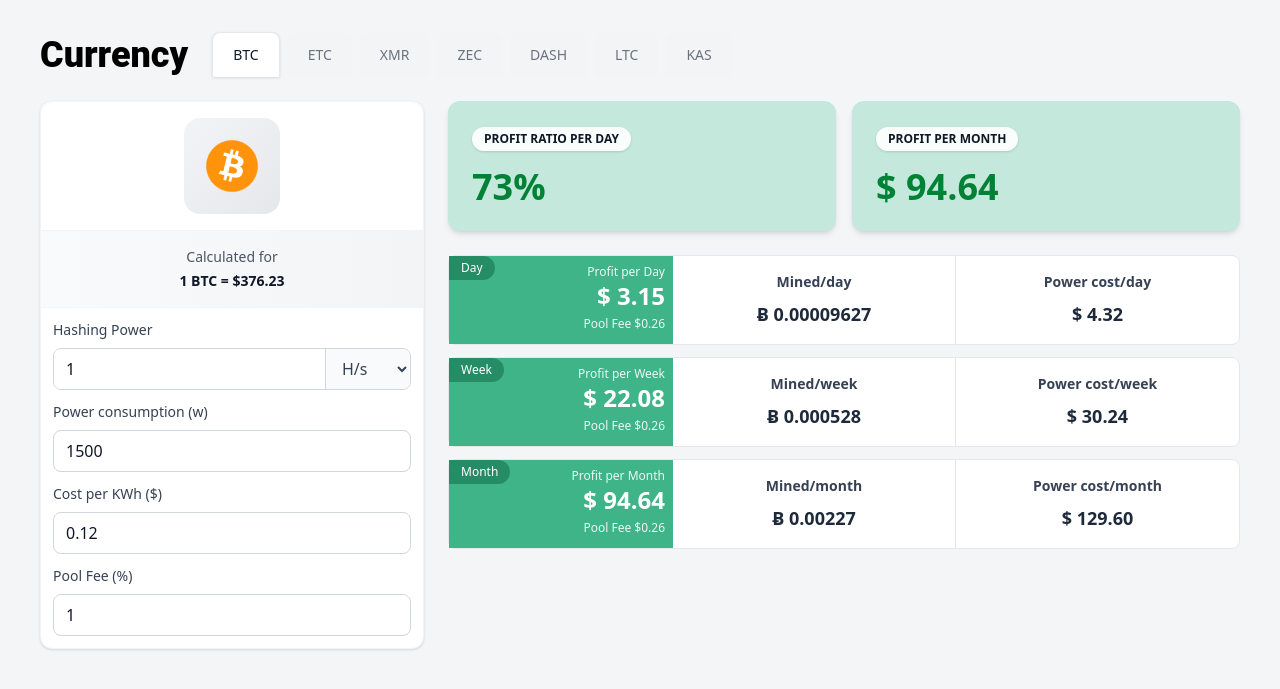
Repository: Bilal-Ahmad-CodeMaster/crypto-proj
Page: /
An editor plug-in stored every save of this project. The page is shown before and after a run of saves, followed by the edit.
The browser window is 1280 px wide. The pictures show the whole page.
The project was rebuilt for these pictures with package versions that can differ from the ones it lists, and the page was loaded fresh each time. The framework's server and built-in components were replaced by stand-ins that run in the browser. Also part of the build but not shown: next.config.ts.

Above is the page before, as saved 2025-11-25 22:51:27.

After the next 2 saves:
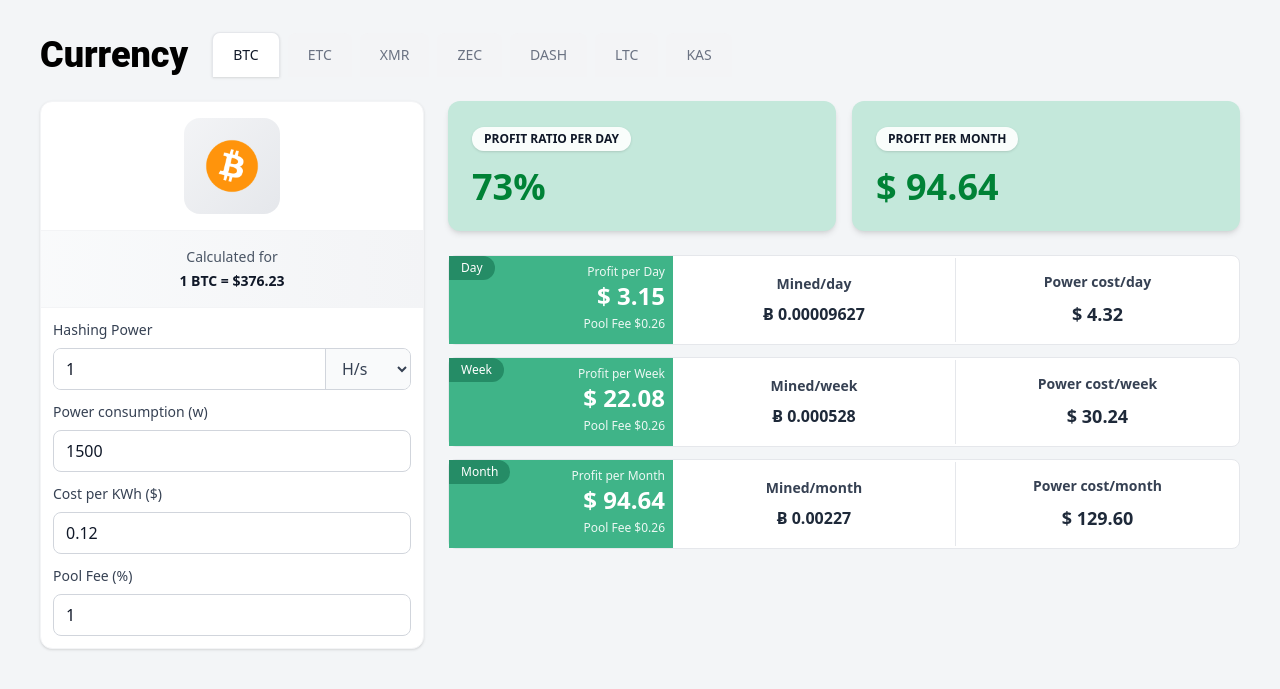
The 2 saves are shown as one change because they came seconds apart.
The last was saved 12 s later.
--- a/src/app/components/ResultCards.tsx
+++ b/src/app/components/ResultCards.tsx
@@ -29,7 +29,7 @@
                     {/* Mined Column */}
                     <div className="text-center border-r border-gray-200 py-4">
                         <div className="text-sm font-semibold text-gray-700 mb-2">Mined/{title.toLowerCase()}</div>
-                        <div className="text-lg font-bold text-gray-800 ${positive ? 'text-[#258C66]' : 'text-[#C14848]'}">{mined}</div>
+                        <div className={`"text-lg font-bold text-gray-800 ${positive ? 'text-[#258C66]' : 'text-[#C14848]'}"`}>{mined}</div>
                     </div>
 
                     {/* Power Cost Column */}

After the 2 saves that followed:
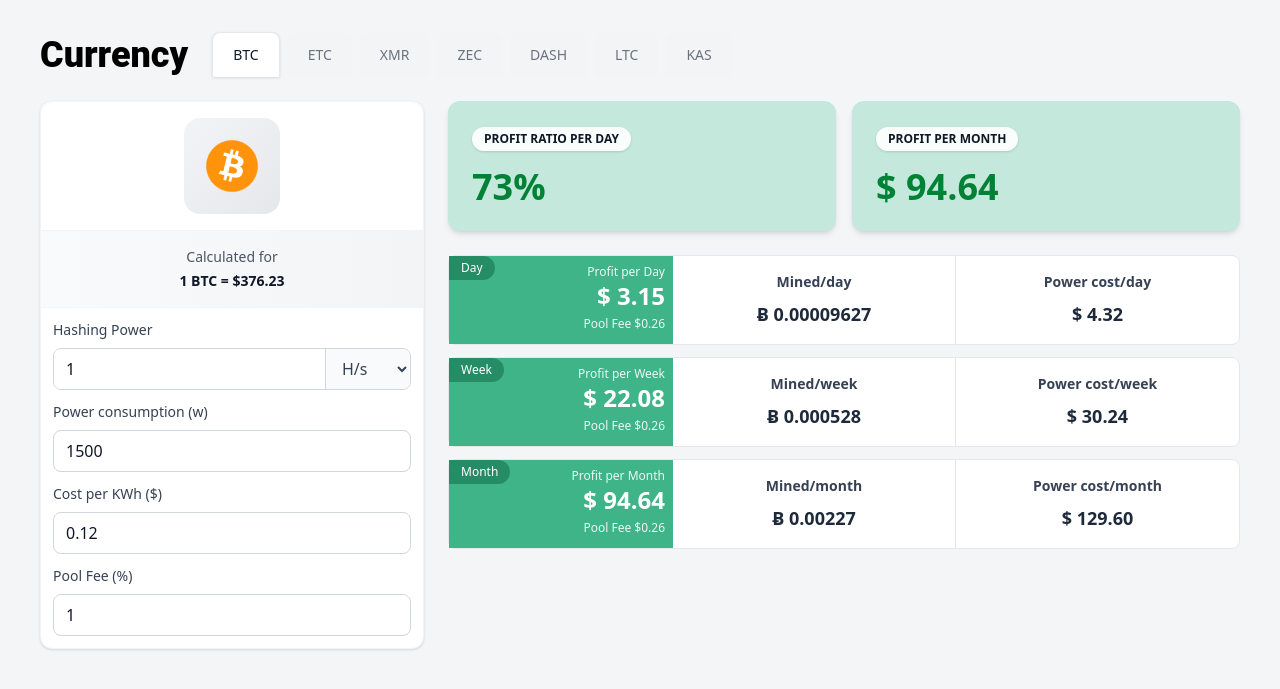
The 2 saves are shown as one change because they came seconds apart.
The last was saved 8 s later.
--- a/src/app/components/ResultCards.tsx
+++ b/src/app/components/ResultCards.tsx
@@ -29,7 +29,7 @@
                     {/* Mined Column */}
                     <div className="text-center border-r border-gray-200 py-4">
                         <div className="text-sm font-semibold text-gray-700 mb-2">Mined/{title.toLowerCase()}</div>
-                        <div className={`"text-lg font-bold text-gray-800 ${positive ? 'text-[#258C66]' : 'text-[#C14848]'}"`}>{mined}</div>
+                        <div className={`text-lg font-bold text-gray-800 ${positive ? 'text-[#258C66]' : 'text-[#C14848]'}`}>{mined}</div>
                     </div>
 
                     {/* Power Cost Column */}
